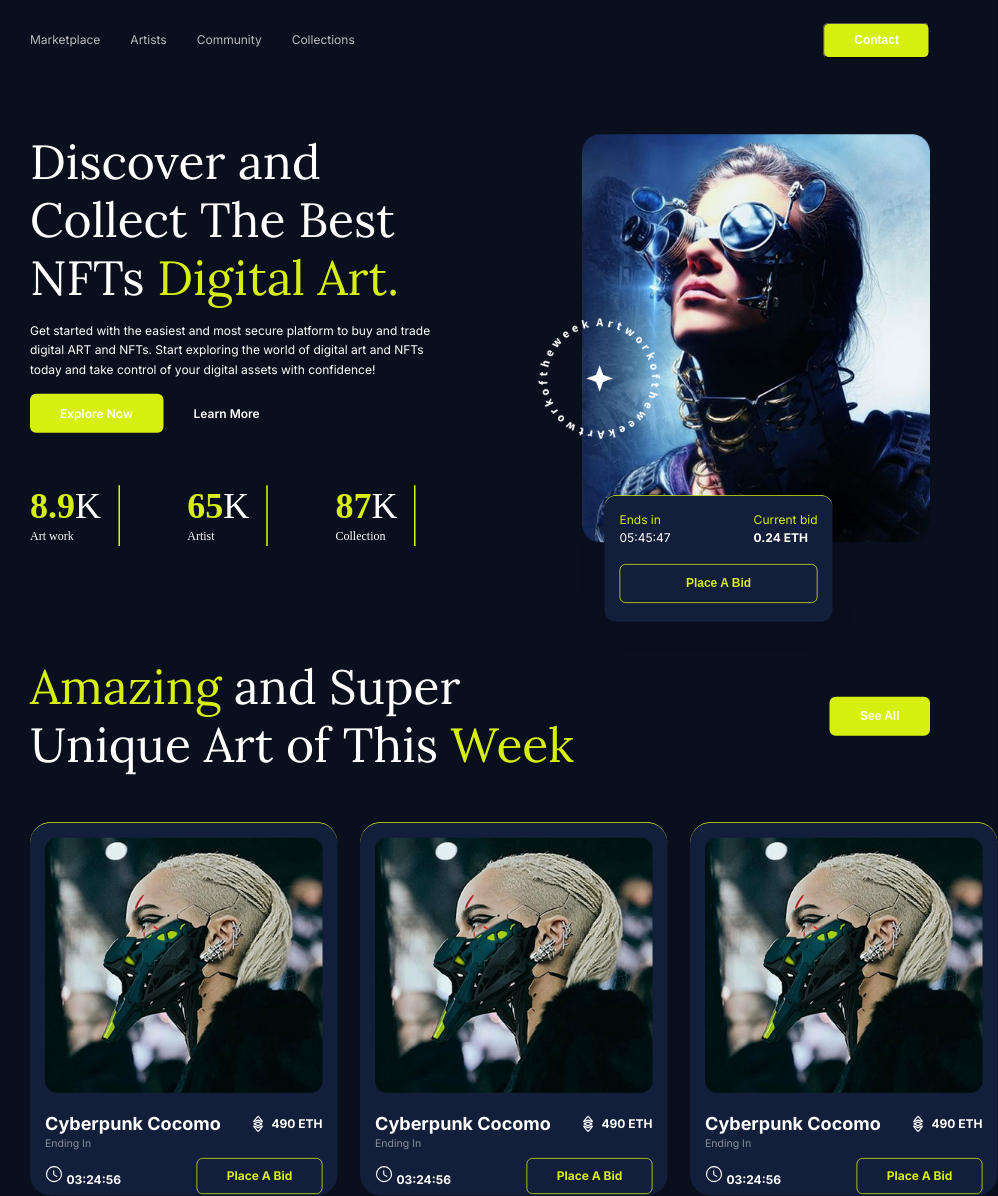
Repository: Kamron5505/NftMarketplace
Page: index.html
These files come from the project's save history. The page is drawn as it stood at one moment and after a run of saves; the edit follows.
The browser window is 1280 px wide. The page is 1330 px wide, so the pictures cover 1330 px, including what lies to the right of the window. The pictures show the whole page, at 75% of full size.

Above is the page before, as saved 2025-07-09 14:44:33.

After the next 2 saves:
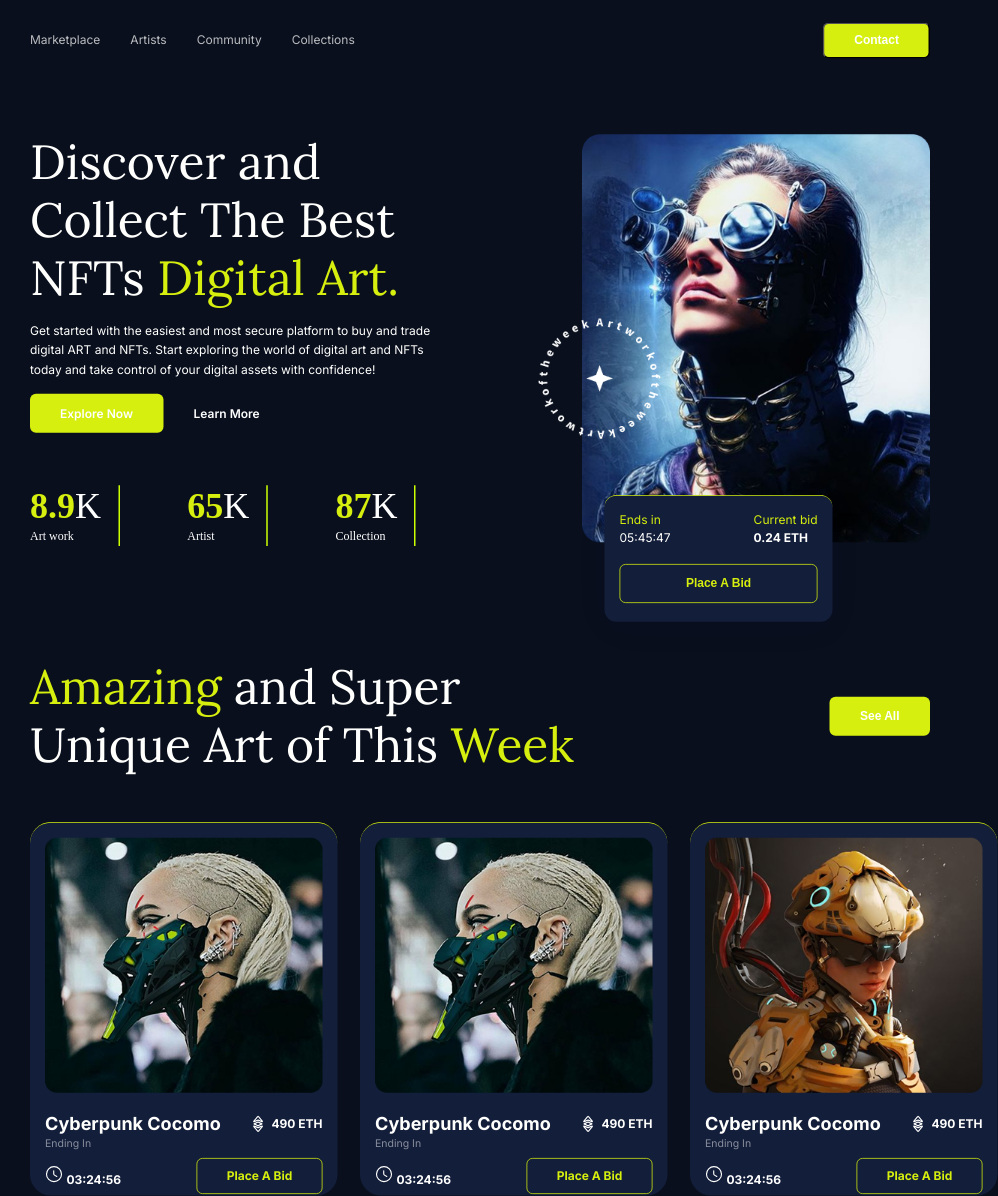
The 2 saves are shown as one change because they came seconds apart.
The last was saved 15 s later.
--- a/index.html
+++ b/index.html
@@ -203,7 +203,7 @@
                         </div>
                     </div>
                     <div class="art-card">
-                        <img src="./images/Cyberpunk Cocomo 490ETH.png" alt="Cyberpunk Cocomo"
+                        <img src="./images/Charge, Qi tiao yu.png" alt="Cyberpunk Cocomo"
                             class="art-card__image" />
                         <div class="art-card-name">
                             <h3 class="art-card__title">Cyberpunk Cocomo</h3>
